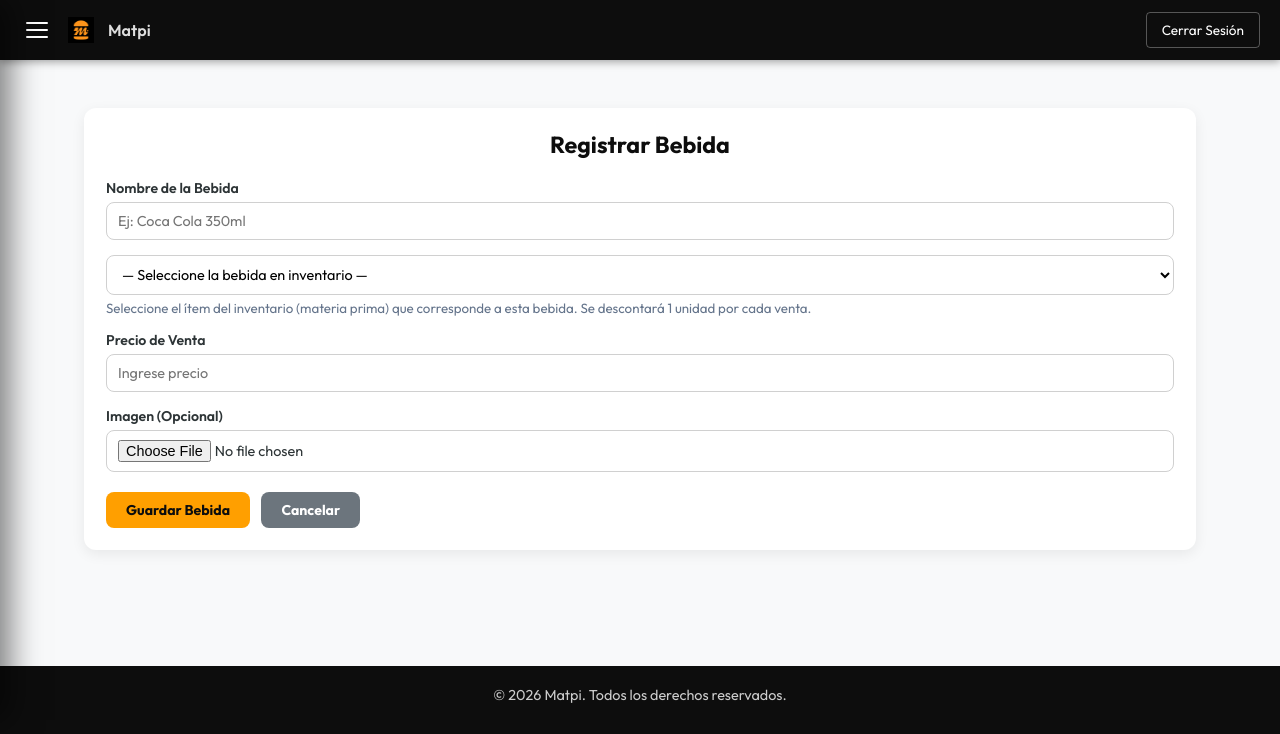
Repository: JuanFelipeNieto/MATPI-Python
Page: MATPI/productos/templates/productos/registrar_bebida.html
These files come from the project's save history. The page is drawn as it stood at one moment and after a run of saves; the edit follows.
The browser window is 1280 px wide. The pictures show the whole page.
The template is drawn by Django 5.2. The application's start-up code is not run. The template is opened directly, without the code that normally fills it, so the values that code supplies are empty.

Above is the page before, as saved 2026-03-19 08:19:39.

After the next 2 saves:
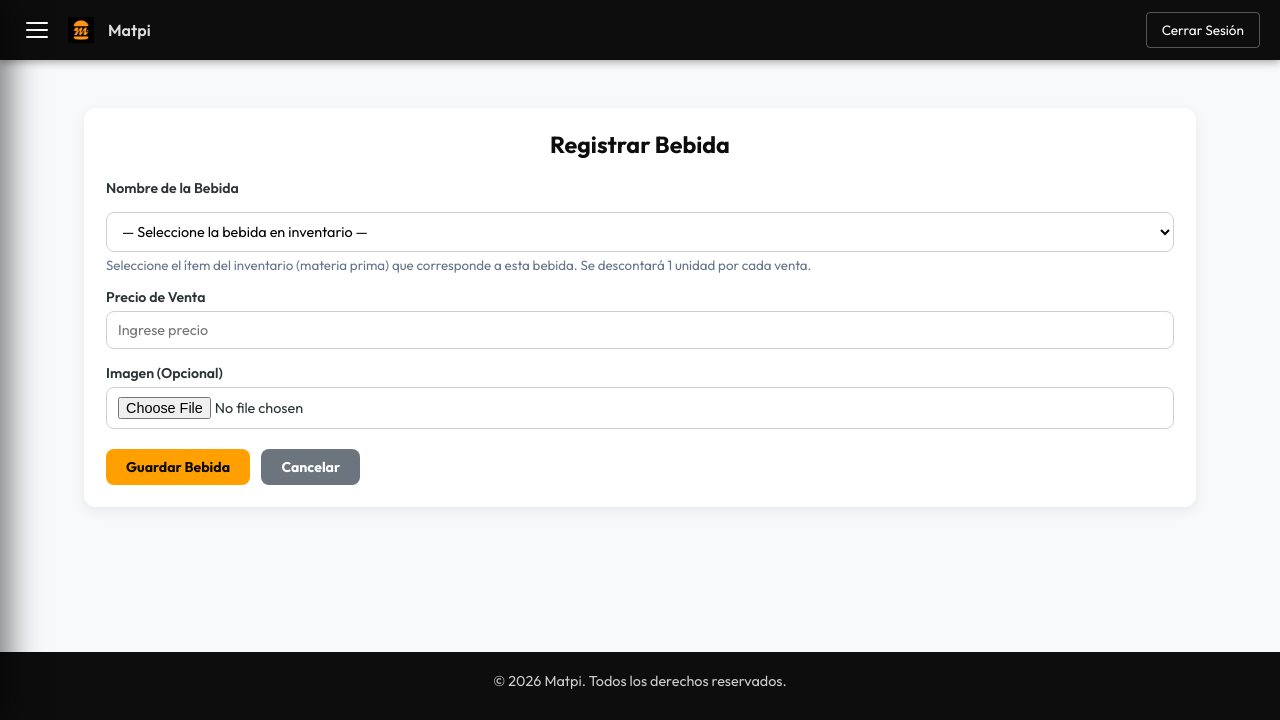
The 2 saves are shown as one change because they came seconds apart.
The last was saved 68 s later.
--- a/MATPI/productos/templates/productos/registrar_bebida.html
+++ b/MATPI/productos/templates/productos/registrar_bebida.html
@@ -14,7 +14,6 @@
 
         <div class="form-group">
             <label for="txt_nombre">Nombre de la Bebida</label>
-            <input type="text" id="txt_nombre" name="txt_nombre" placeholder="Ej: Coca Cola 350ml" required>
         </div>
 
         <div class="form-group">
